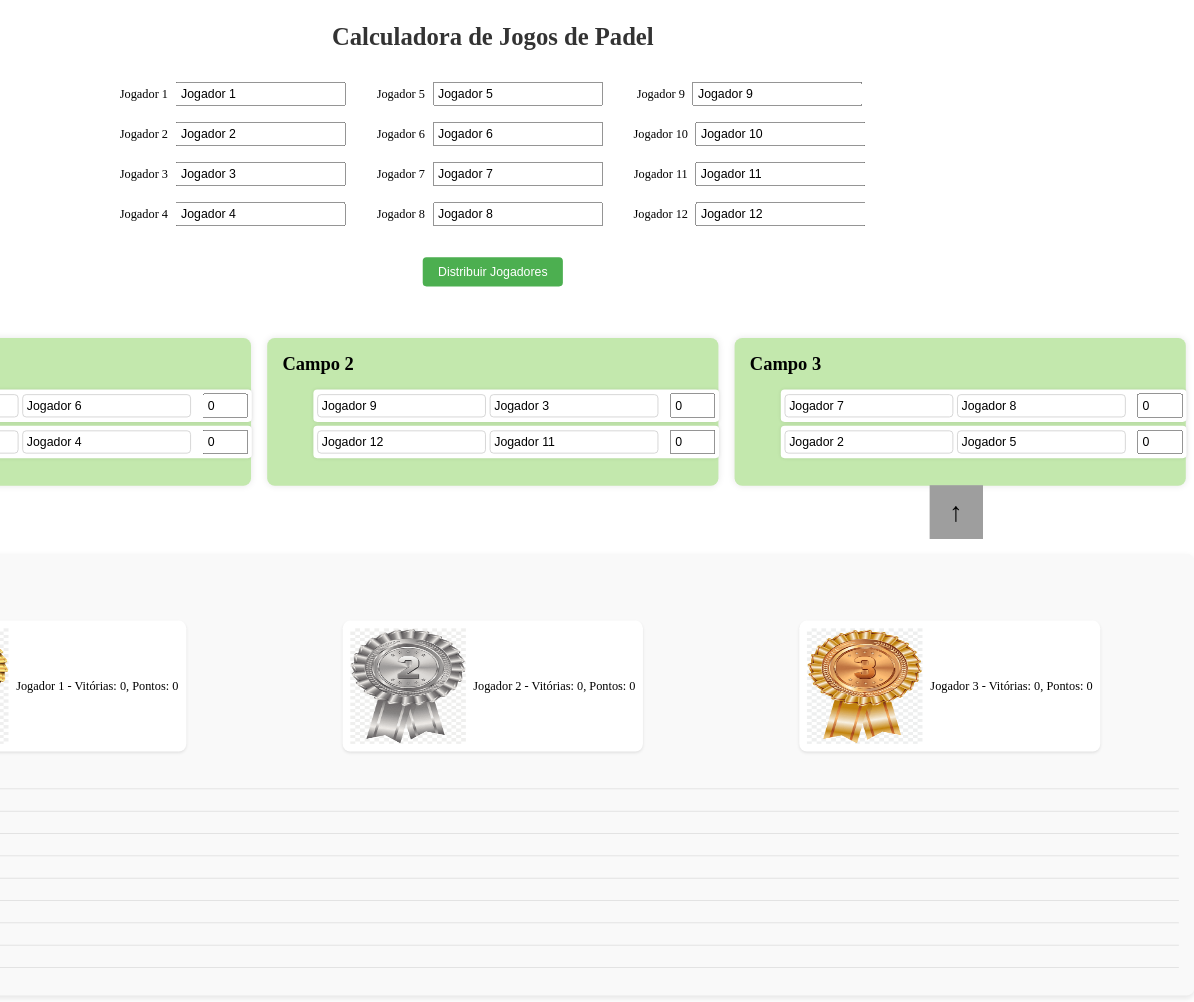
Repository: MarcioMiguel22/PadelMaster
Page: /calculadora, after clicking the first element matching `button.distribute-button`
These files come from the project's save history. The page is drawn as it stood at one moment and after the next save; the edit follows.
The browser window is 1280 px wide. The page is 1551 px wide, so the pictures cover 1551 px, including what lies to the right of the window. The pictures show the whole page, at 77% of full size.
Pictures or frames that could not be fetched are drawn as grey boxes. The project was rebuilt for these pictures with package versions that can differ from the ones it lists, and the page was loaded fresh each time. Also part of the build but not shown: vite.config.ts, src/pages/Home/Home.tsx, src/index.css.

Above is the page before, as saved 2024-06-14 15:06:42.

After the next save:
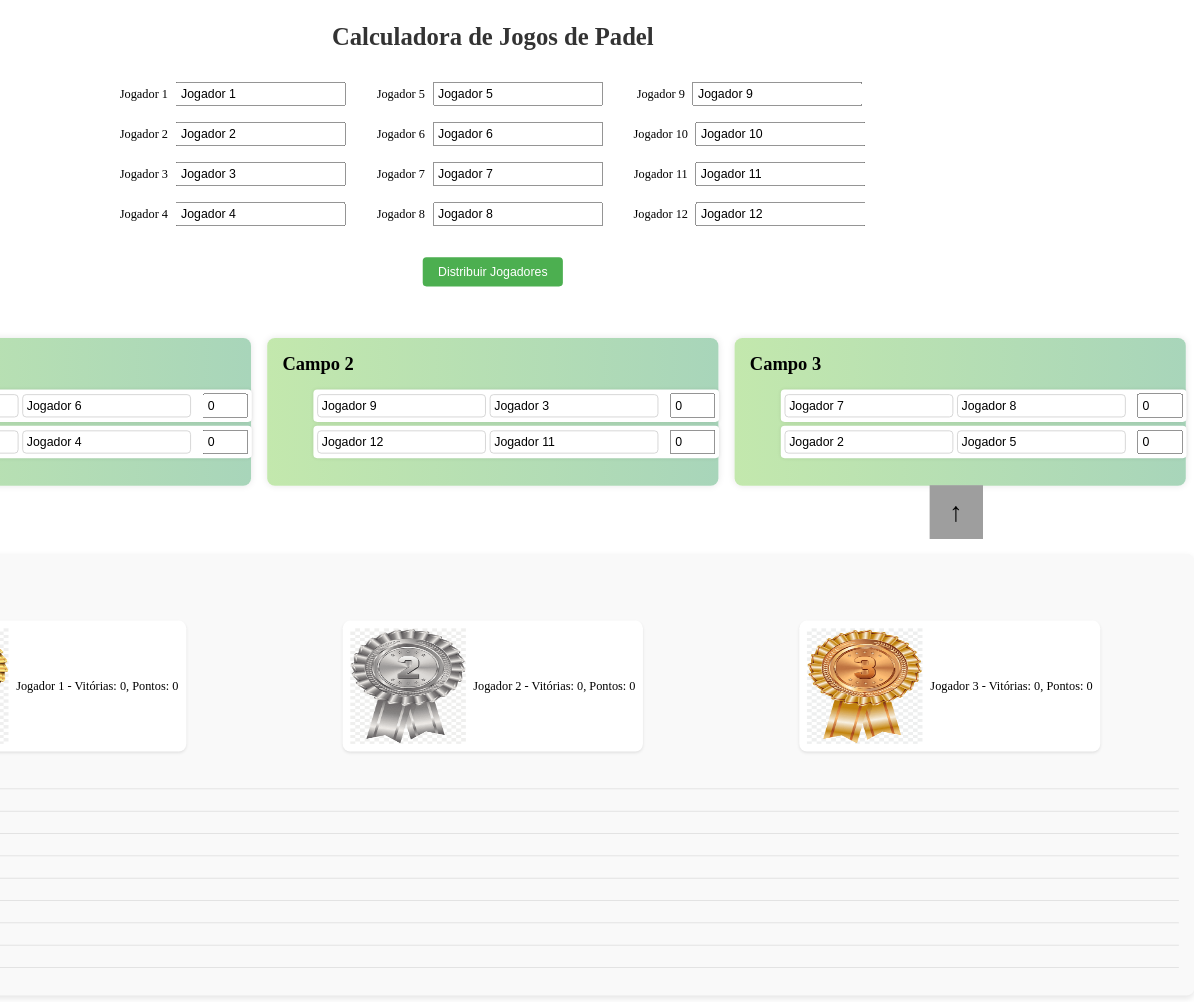
Saved 62 s later.
--- a/src/pages/Calculadora/Calculadora.css
+++ b/src/pages/Calculadora/Calculadora.css
@@ -85,7 +85,7 @@
 }
 
 .field {
-  background-color: #c3e8ad;
+  background: linear-gradient(to right, #c3e8ad, #a8d5ba);
   padding: 20px;
   border-radius: 10px;
   box-shadow: 0 0 10px rgba(0, 0, 0, 0.1);
